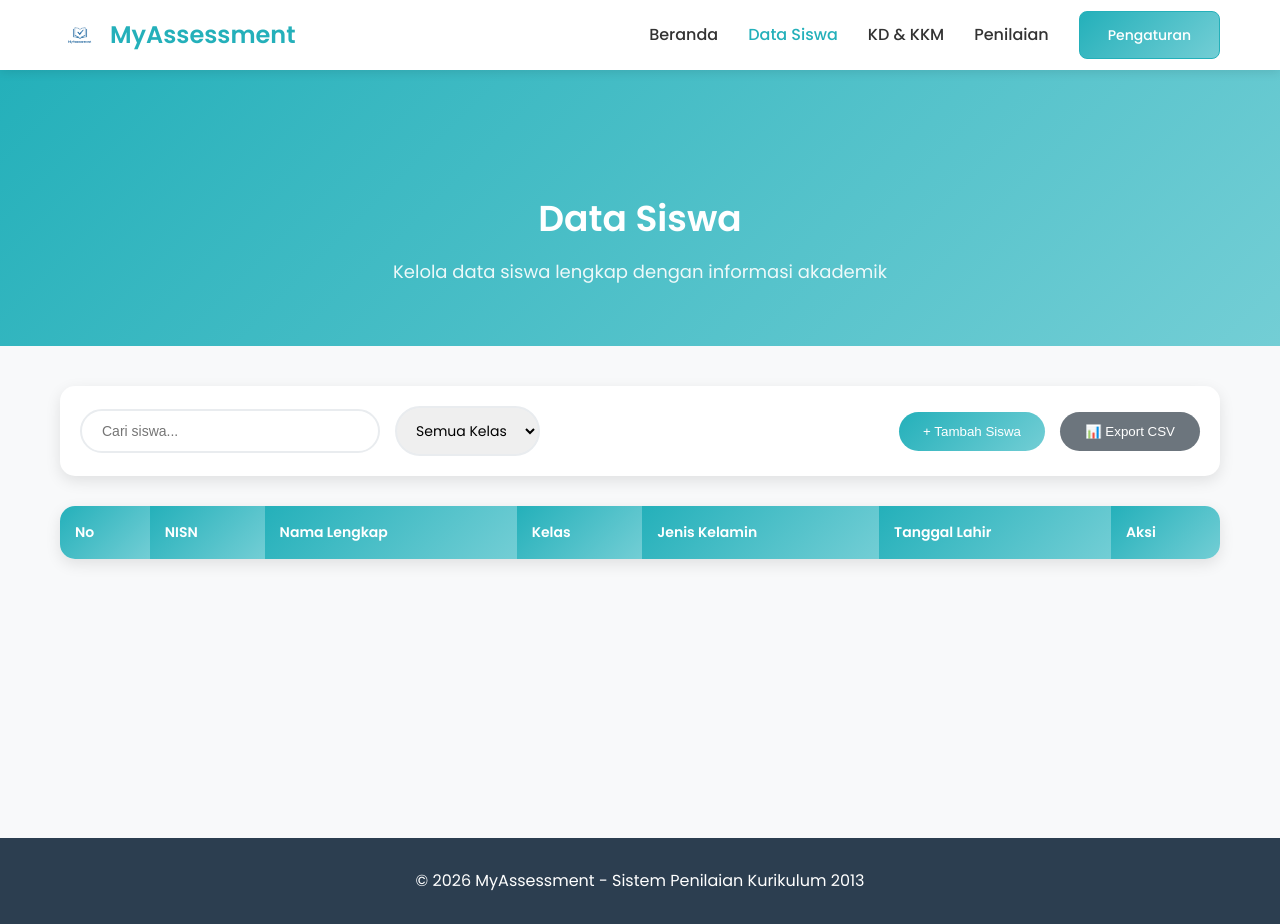
Repository: Ws529/MyAssassment_Final
Page: MyAssessment/wwwroot/siswa.html
The author's editor kept a copy of each file at every save. The page is drawn from the files as they stood at one save, then again after the next save.
The browser window is 1280 px wide. The pictures show the whole page.
The page's requests for data from a server got no answer.

Above is the page before, as saved 2026-01-01 14:10:34.

After the next save:
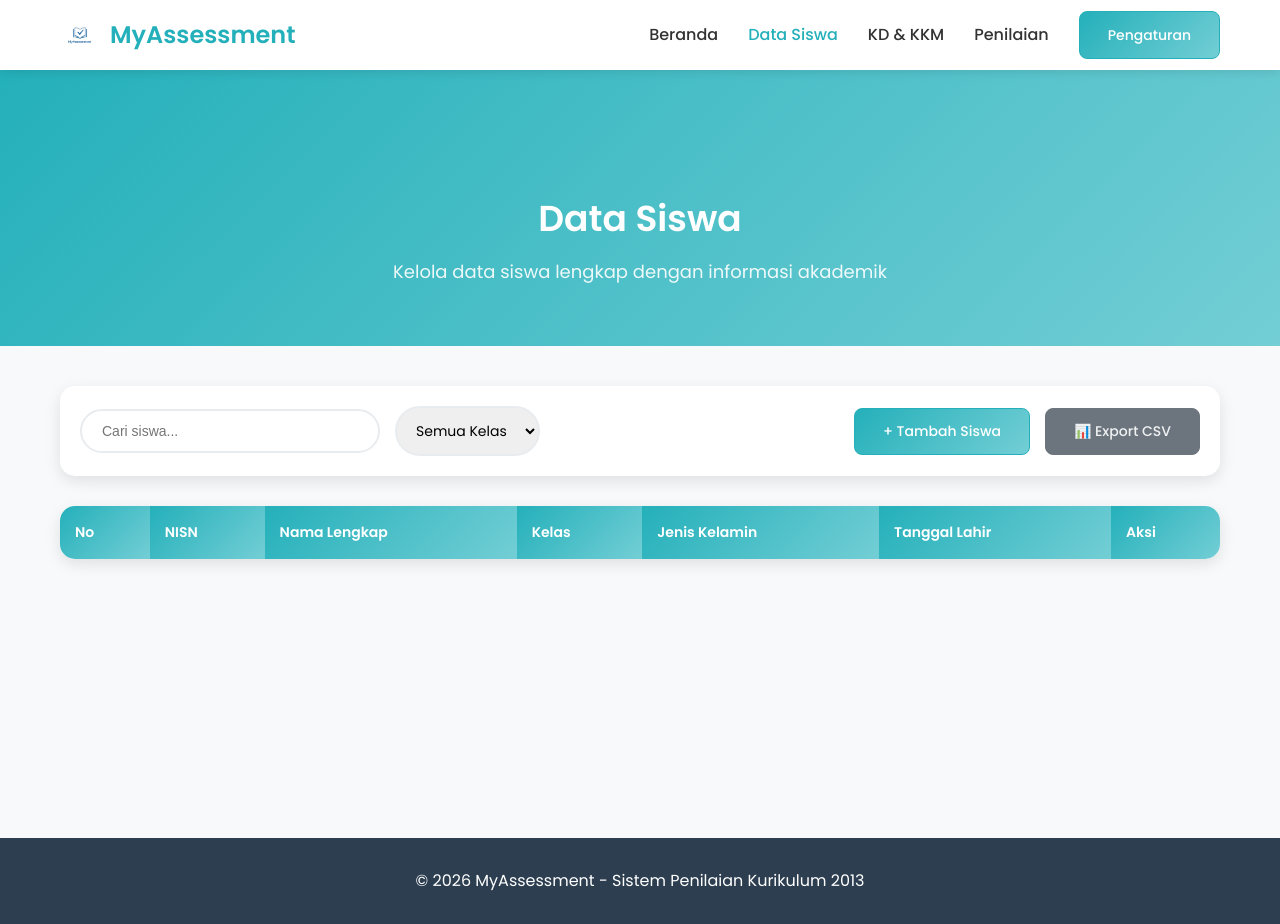
Saved 14 s later.
--- a/MyAssessment/wwwroot/siswa.html
+++ b/MyAssessment/wwwroot/siswa.html
@@ -122,8 +122,8 @@
                     </select>
                 </div>
                 <div class="action-buttons">
-                    <button class="btn-primary" onclick="showForm()">+ Tambah Siswa</button>
-                    <button class="btn-secondary" onclick="exportCSV()">📊 Export CSV</button>
+                    <button class="btn-neon btn-neon-primary" onclick="showForm()">+ Tambah Siswa</button>
+                    <button class="btn-neon btn-neon-secondary" onclick="exportCSV()">📊 Export CSV</button>
                 </div>
             </div>
 
